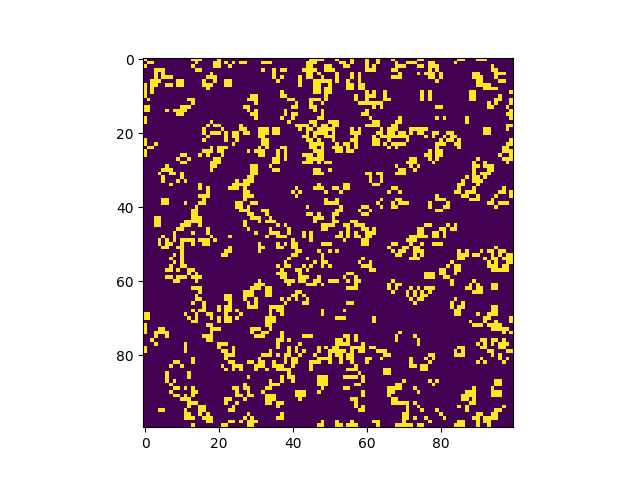
Repository: Gerisi-Kola/GameOfLife
Script's output: python GameOfLifeExample/calude_commentaire_geeksforgeeks.py
The author's editor kept a copy of each file at every save. The script's output is drawn from the files as they stood at one save, then again after the next save.
Animations are shown at an early frame. Random numbers start from a fixed seed.

Above is the script's output before, as saved 2024-12-02 16:02:46.

After the next save:
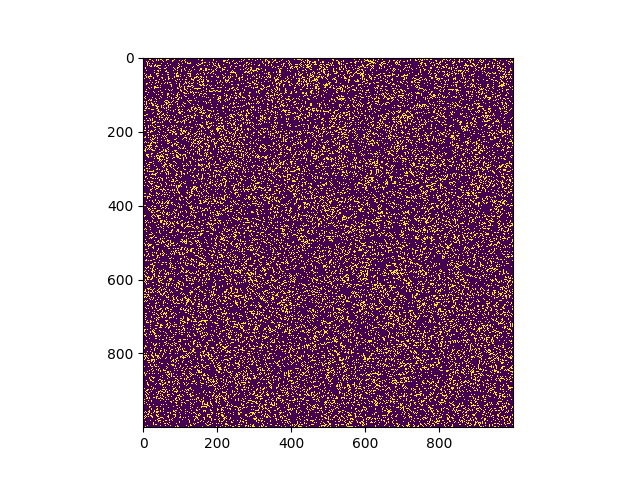
Saved 6 min 17 s later.
--- a/GameOfLifeExample/calude_commentaire_geeksforgeeks.py
+++ b/GameOfLifeExample/calude_commentaire_geeksforgeeks.py
@@ -84,7 +84,7 @@ def main():
     args = parser.parse_args()
 
     # Configuration des paramètres
-    N = 100  # Taille par défaut de la grille
+    N = 1000  # Taille par défaut de la grille
     if args.N and int(args.N) > 8:
         N = int(args.N)
 
